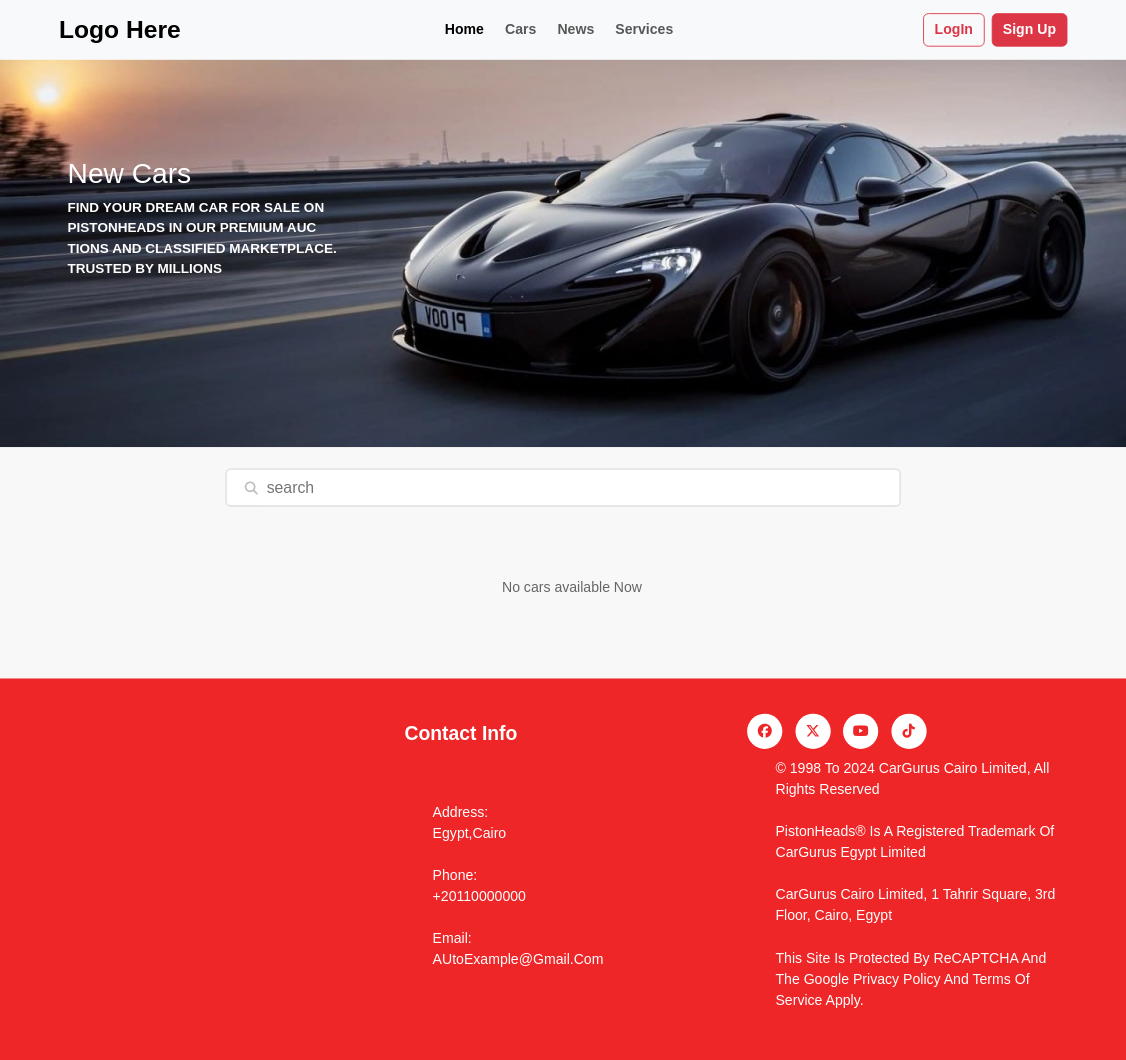
Repository: Salah-Wael/cars
Page: http://localhost/cars
The author's editor kept a copy of each file at every save. The page is drawn from the files as they stood at one save, then again after a run of saves.
The browser window is 1280 px wide. The pictures show the whole page, at 88% of full size.
Some web fonts or font styles are not loaded; a fallback is used. Some web libraries are served in a nearby version. The page is served by the project's Laravel application, run on PHP 8.4 with Laravel 10. Queries for data that is not in the repository find no rows.

Above is the page before, as saved 2024-10-14 02:59:02.

After the next 5 saves:
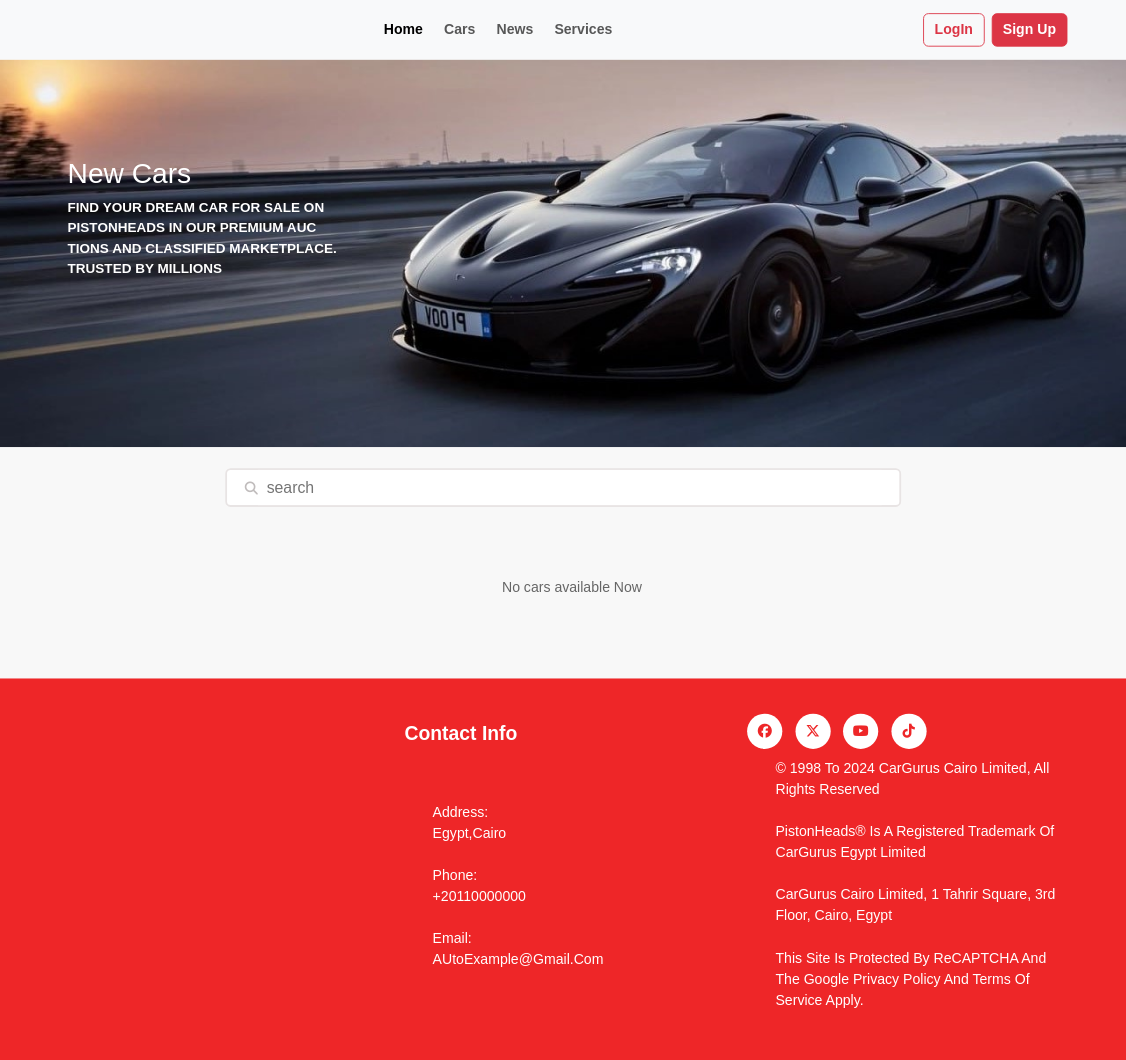
The 5 saves are shown as one change because they came seconds apart.
The last was saved 26 s later.
--- a/resources/views/layouts/app.blade.php
+++ b/resources/views/layouts/app.blade.php
@@ -27,7 +27,9 @@
 
     <nav class="navbar navbar-expand-lg bg-body-tertiary">
         <div class="container">
-            <a class="navbar-brand fw-bold fs-3" href="{{ route('dashboard') }}">Logo Here</a>
+            <a class="navbar-brand fw-bold fs-3" href="{{ route('dashboard') }}">
+                <img src="" alt="">
+            </a>
             <button class="navbar-toggler" type="button" data-bs-toggle="collapse"
                 data-bs-target="#navbarSupportedContent" aria-controls="navbarSupportedContent" aria-expanded="false"
                 aria-label="Toggle navigation">
